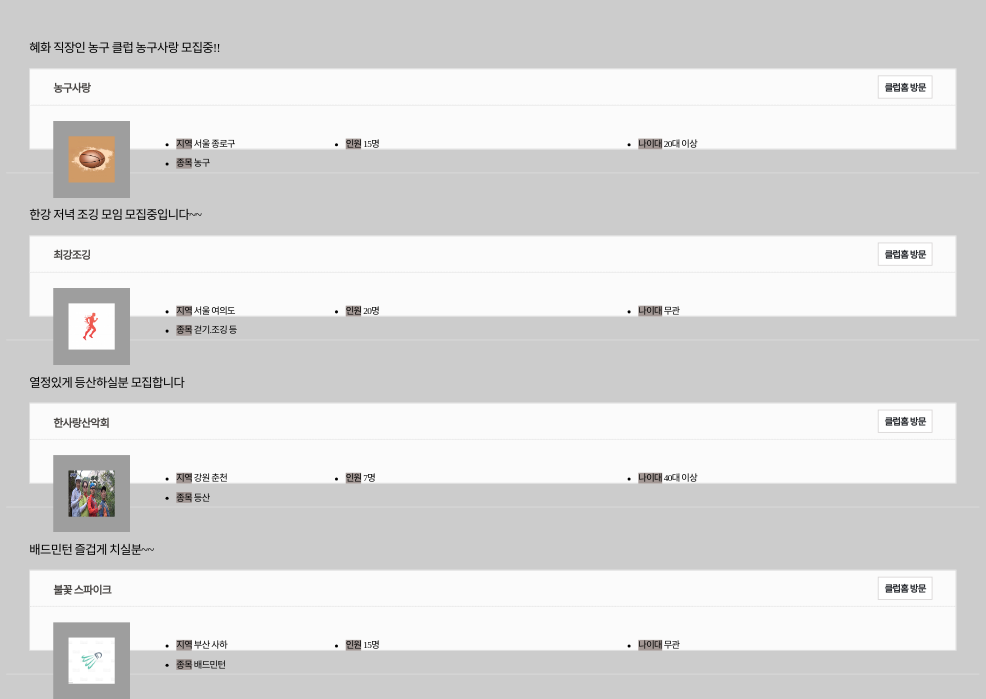
Repository: jaemin333/study
Page: club.html
An editor plug-in stored every save of this project. The page is shown before and after a run of saves, followed by the edit.
The browser window is 1280 px wide. The pictures show the whole page, at 77% of full size.
Pictures or frames that could not be fetched are drawn as grey boxes.

Above is the page before, as saved 2021-07-02 21:28:10.

### club.html
<!DOCTYPE html>
<html lang="ko">
<head>
    <meta charset="UTF-8">
    <meta http-equiv="X-UA-Compatible" content="IE=edge">
    <meta name="viewport" content="width=device-width, initial-scale=1.0">
    <link rel ="stylesheet" type = "text/css" href = "style.css">
    <title>club</title>
</head>
<body>
    <div class = "clubList">
    <div class = "clubBox">
        <p class = "clubTip">
            <a>혜화 직장인 농구 클럽 농구사랑 모집중!!</a>
        </p>
    <div class ="cbClubName">
        <a>농구사랑</a>
        <a class ="iButton">클럽홈 방문</a>
    </div>

    <div class ="cbInfo">
        <div class="cbMark">
            <span class="clubmark">
                <img src = "bask.png" width="60" height=60">
        </div>
    <ul>
        <li>
            <span class = "info dark">지역</span>
             서울 종로구
        </li>
        <li style = "width:380px;">
            <span class = "info dark">인원</span>
             15명
        </li>
        <li style = "width:380px;">
            <span class = "info dark">나이대</span>
             20대 이상
        </li>
        <li style = "width:380px;">
            <span class = "info dark">종목</span>
             농구
        </li>
    </ul>
    </div>
    </div>
    </div>

    <div class = "clubList">
        <div class = "clubBox">
            <p class = "clubTip">
                <a>한강 저녁 조깅 모임 모집중입니다~~</a>
            </p>
        <div class ="cbClubName">
            <a>최강조깅</a>
            <a class ="iButton">클럽홈 방문</a>
        </div>

        <div class ="cbInfo">
            <div class="cbMark">
                <span class="clubmark">
                    <img src = "run.jpg" width="60" height="60">
            </div>
        <ul>
            <li>
                <span class = "info dark">지역</span>
                 서울 여의도
            </li>
            <li style = "width:380px;">
                <span class = "info dark">인원</span>
                 20명
            </li>
            <li style = "width:380px;">
                <span class = "info dark">나이대</span>
                 무관
            </li>
            <li style = "width:380px;">
                <span class = "info dark">종목</span>
                 걷기.조깅 등
            </li>
        </ul>
        </div>
        </div>
        </div>

        <div class = "clubList">
            <div class = "clubBox">
                <p class = "clubTip">
                    <a>열정있게 등산하실분 모집합니다</a>
                </p>
            <div class ="cbClubName">
                <a>한사랑산악회</a>
                <a class ="iButton">클럽홈 방문</a>
            </div>

            <div class ="cbInfo">
                <div class="cbMark">
                    <span class="clubmark">
                        <img src = "hike.png" width="60" height="60">
                </div>
            <ul>
                <li>
                    <span class = "info dark">지역</span>
                     강원 춘천
                </li>
                <li style = "width:380px;">
                    <span class = "info dark">인원</span>
                     7명
                </li>
                <li style = "width:380px;">
                    <span class = "info dark">나이대</span>
                     40대 이상
                </li>
                <li style = "width:380px;">
                    <span class = "info dark">종목</span>
                     등산
                </li>
            </ul>
            </div>
            </div>
            </div>


            <div class = "clubList">
                <div class = "clubBox">
                    <p class = "clubTip">
                        <a>배드민턴 즐겁게 치실분~~</a>
                    </p>
                <div class ="cbClubName">
                    <a>불꽃 스파이크</a>
                    <a class ="iButton">클럽홈 방문</a>
                </div>

                <div class ="cbInfo">
                    <div class="cbMark">
                        <span class="clubmark">
                            <img src = "badminton.jpg" width="60" height="60">
                    </div>
                <ul>
                    <li>
                        <span class = "info dark">지역</span>
                         부산 사하
                    </li>
                    <li style = "width:380px;">
                        <span class = "info dark">인원</span>
                         15명
                    </li>
                    <li style = "width:380px;">
                        <span class = "info dark">나이대</span>
                         무관
                    </li>
                    <li style = "width:380px;">
                        <span class = "info dark">종목</span>
                         배드민턴
                    </li>
                </ul>
                </div>
                </div>
                </div>








</body>
</html>

### style.css
div {
    display:block;
}



body {
    background-color: #ccc;
    word-break: break-all;
    -ms-word-break: break-all;
    letter-spacing: -0.050em;
}


.clubBox{
    position: relative;
    padding: 25px 30px 30px 30px;
    border-bottom: 1px solid #dddddd;
}


ul{
    display: block;
    margin-block-start: 1em;
    margin-block-end: 1em;
    margin-inline-start: 0px;
    margin-inline-end: 0px;
    padding-inline-start: 40px;
}

.clubBox li .info.dark{
    background-color: #a39895;
}

.iButton {
    display: inline-block;
    height: 18px;
    padding: 5px 8px;
    font-size: 12px;
    font-weight: bold;
    color: #24272c;
    text-align: center;
    background-color: white;
    border: 1px solid #d4d1d1;
}

.clubBox .iButton {
    position: absolute;
    top: 8px;
    right: 30px;
}

li {
    display: list-item;
    text-align: -webkit-match-parent;
}

.clubBox .cbInfo li {
    float: left;
    width: 220px;
    margin: 4px 0 3px 0;
    font-size: 12px;
    color: black;
}

.cbClubName {
    padding-bottom: 10px;
}

.clubBox .cbInfo {
    position: relative;
    padding: 20px;
    padding-left: 150px;
    border: 1px solid #dadada;
    border-top: 0;
    background-color: #fbfbfb;
}

.clubBox .clubTit {
    margin-bottom: 15px;
    font-size: 16px;
    font-weight: bold;
    color: black;
}

p {
    display: block;
    margin-block-start: 1em;
    margin-block-end: 1em;
    margin-inline-start: 0px;
    margin-inline-end: 0px;
}

.clubBox .cbClubName {
    position: relative;
    padding: 14px 30px 12px 30px;
    font-size: 14px;
    font-weight: bold;
    color: #4b4846;
    border: 1px solid #dadada;
    border-bottom: 1px dotted #dddddd;
    background-color: #fbfbfb;
}

.clubBox .cbMark {
    position: absolute;
    top: 20px;
    left: 30px;
    background: url(https://img.sa.nexon.com/assets/clan/clamark_bg.jpg) no-repeat;
    width: 60px;
    height: 60px;
    padding: 20px 20px;
}

After the next 2 saves:
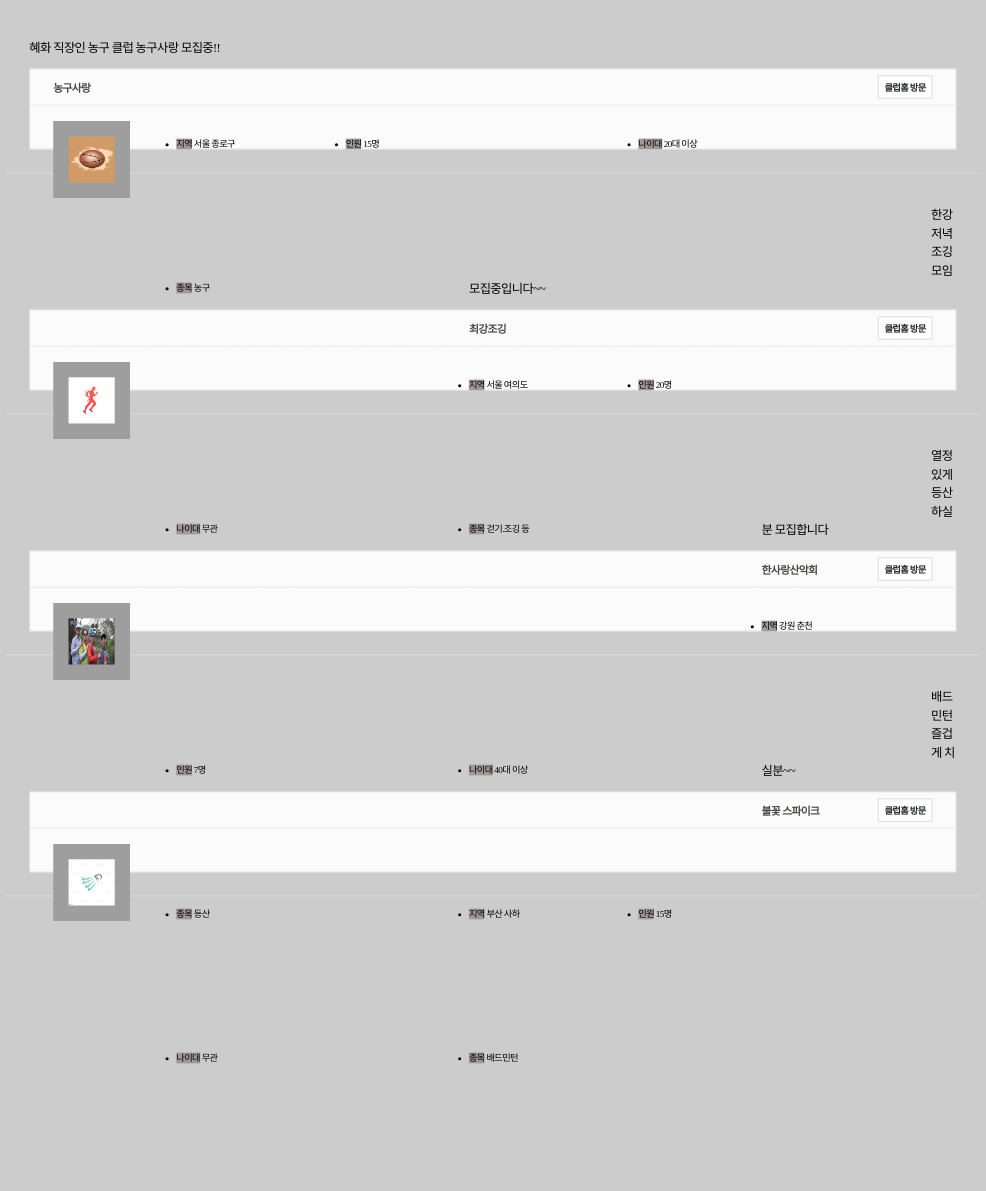
The 2 saves are shown as one change because they came seconds apart.
The last was saved 30 s later.
--- a/style.css
+++ b/style.css
@@ -53,6 +53,7 @@
 li {
     display: list-item;
     text-align: -webkit-match-parent;
+    height: 180px;
 }
 
 .clubBox .cbInfo li {

After the save that followed:
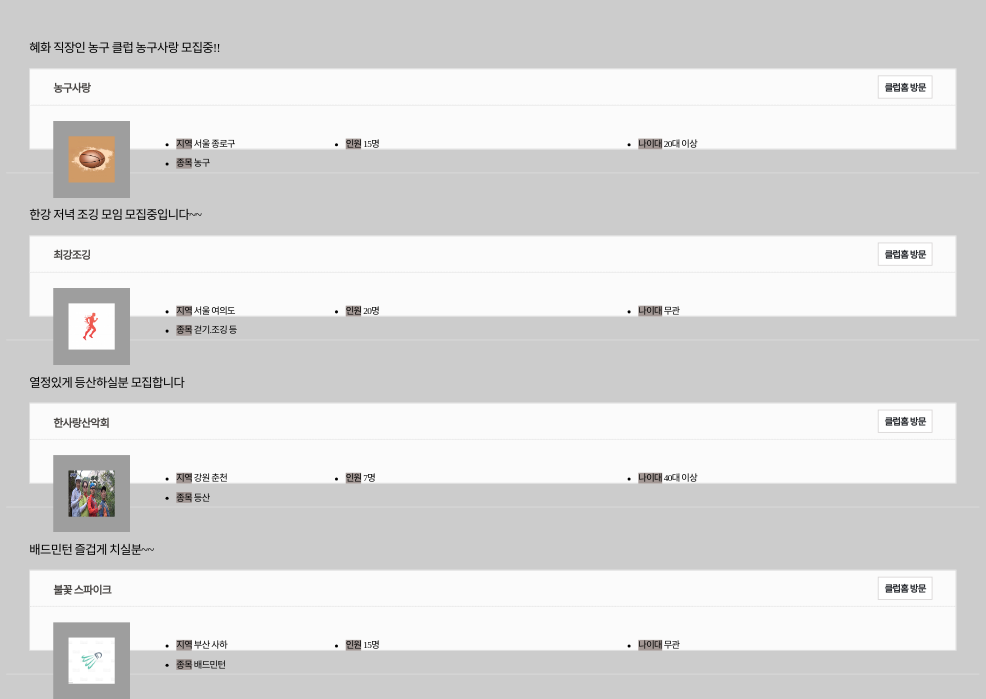
Saved 16 s later.
--- a/style.css
+++ b/style.css
@@ -53,7 +53,6 @@
 li {
     display: list-item;
     text-align: -webkit-match-parent;
-    height: 180px;
 }
 
 .clubBox .cbInfo li {
